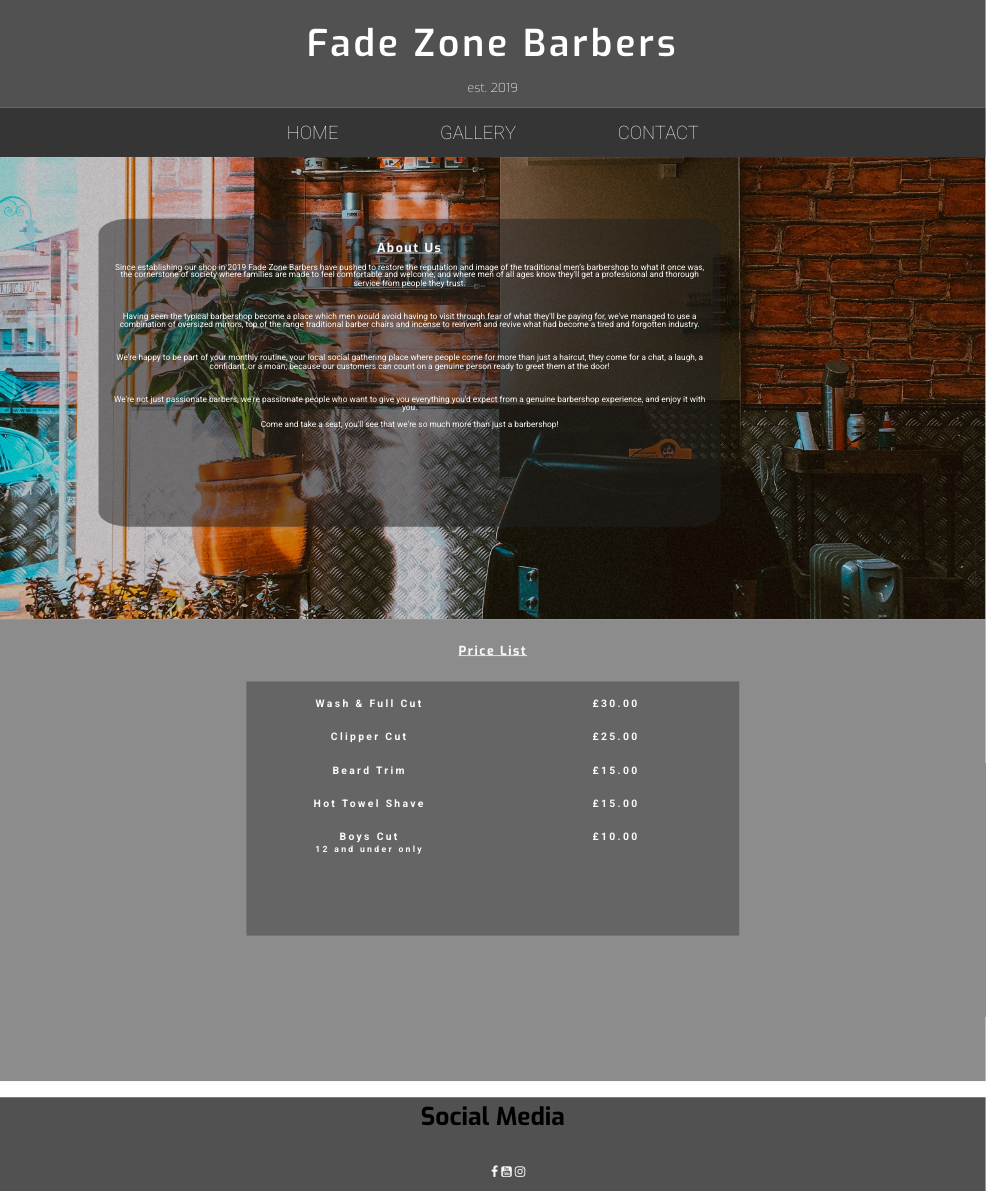
Repository: Boofy360/fade-zone-barbers
Page: index.html
The author's editor kept a record of every edit. The page is drawn from the files as they stood at one moment, then again after the next edit.
The browser window is 1280 px wide. The pictures show the whole page, at 77% of full size.

Above is the page before.

### index.html
<!DOCTYPE html>
<html lang="en">

<head>
    <meta charset="UTF-8">
    <meta name="viewport" content="width=device-width, initial-scale=1.0">
    <meta http-equiv="X-UA-Compatible" content="ie=edge">
    <link rel="stylesheet" href="assets/css/style.css" type="text/css" />
    <link rel="stylesheet" href="https://maxcdn.bootstrapcdn.com/font-awesome/4.7.0/css/font-awesome.min.css" type="text/css" />
    <link rel="stylesheet" href="https://cdnjs.cloudflare.com/ajax/libs/hover.css/2.3.1/css/hover-min.css" type="text/css" />
    <title>Document</title>
</head>

<body>
    <header>
        <div id="heading">
            <h1>Fade Zone Barbers</h1>
            <h2>est. 2019</h2>
            <!----------Figure out how to center---------->
        </div>
    </header>
    <nav>
        <ul id="navbar">
            <li>
                <a href="#">Home</a>
            </li>
            <li>
                <a href="#">Gallery</a>
            </li>
            <li>
                <a href="#">Contact</a>
            </li>
        </ul>
    </nav>
    <section>
        <div id="hero-outer">
            <div id="hero-image">
                <div id="cover-text">
                    <h2>About Us</h2>
                    <p>Since establishing our shop in 2019 Fade Zone Barbers have pushed to restore the reputation and image of the traditional men’s barbershop to what it once was, the cornerstone of society where families are made to feel comfortable and
                        welcome, and where men of all ages know they'll get a professional and thorough service from people they trust.</p><br>
                    <p>Having seen the typical barbershop become a place which men would avoid having to visit through fear of what they'll be paying for, we've managed to use a combination of oversized mirrors, top of the range traditional barber chairs
                        and incense to reinvent and revive what had become a tired and forgotten industry.</p><br>
                    <p>We're happy to be part of your monthly routine, your local social gathering place where people come for more than just a haircut, they come for a chat, a laugh, a confidant, or a moan, because our customers can count on a genuine person
                        ready to greet them at the door!</p><br>
                    <p>We're not just passionate barbers, we're passionate people who want to give you everything you'd expect from a genuine barbershop experience, and enjoy it with you.</p>
                    <p>Come and take a seat, you'll see that we're so much more than just a barbershop!
                    </p>
                </div>
            </div>
        </div>
    </section>
    <section id="prices">
        <h2>Price List</h2>
        <div id="prices-list">
            <div id="left-content">
                <p>Wash & Full Cut</p>
                <p>Clipper Cut</p>
                <p>Beard Trim</p>
                <p>Hot Towel Shave</p>
                <p>Boys Cut<br><small>12 and under only</small></p>
            </div>
            <div id="right-content">
                <p>£30.00</p>
                <p>£25.00</p>
                <p>£15.00</p>
                <p>£15.00</p>
                <p>£10.00</p>
            </div>
        </div>
    </section>
    <footer>
        <h1>Social Media</h1>
        <ul id="social-networks">
            <li><a href="https://www.facebook.com" target="_blank"><i class="fa fa-facebook"></i></a></li>
            <li><a href="https://www.twitter.com" target="_blank"><i class="fa fa-youtube-square"></i></a></li>
            <li><a href="https://www.instagram.com" target="_blank"><i class="fa fa-instagram"></i></a></li>
        </ul>
    </footer>
</body>

</html>

### assets/css/style.css
@import url('https://fonts.googleapis.com/css?family=Roboto:100,200,300,400,500,600,700|Exo:100,200,300,400,500,600,700');

/*--------------------------------------------Special paddings/margins/text*/

body {
    margin: 0;
    padding: 0;
    border: 0;
}

a:link {
    text-decoration: none!important;
}

/*--------------------------------------------Header*/

header {
    background-color: rgba(8, 8, 8, 0.7);
    font-family: "Exo", sans-serif;
    line-height: 50px;
    text-align: center;
}

#heading h1 {
    font-size: 300%;
    letter-spacing: 4px;
    color: #fff;
    font-weight: 600;
    margin: 0;
    padding: 32px 0 8px;
}

#heading h2 {
    font-size: 100%;
    color: #fafafa;
    font-weight: 200;
    margin: 0;
}

/*--------------------------------------------Navbar*/

#navbar {
    background-color: rgba(32, 32, 32, 0.9);
    list-style-type: none;
    margin: 0;
    padding: 0;
    float: none;
    text-align: center
}

#navbar li {
    display: inline-block;
}

#navbar li a {
    font-family: "Roboto", sans-serif;
    color: #fafafa;
    font-size: 150%;
    font-weight: 100;
    text-transform: uppercase;
    padding: 0 64px;
    text-decoration: none;
    display: inline;
    line-height: 64px;
    transition: all 0.35s ease-in-out;
    -moz-transition: all 0.35s ease-in-out;
    -webkit-transition: all 0.35s ease-in-out;
    -o-transition: all 0.35s ease-in-out;
}

#navbar li a:hover {
    color: #ffdf00;
}

/*--#navbar li a:active {
    border-bottom: 5px double #ffdf00;
}*/

/*--------------------------------------------About Us*/

#hero-image {
    background-image: linear-gradient(rgba(0, 0, 0, 0.2), rgba(0, 0, 0, 0.2)), url("../images/salon-chair-background.jpg");
    height: 600px;
    background-position: center;
    background-repeat: no-repeat;
    background-size: cover;
    position: relative;
}


#hero-outer {
    height: 600px;
    width: 100%;
    overflow: hidden;
}

#cover-text h2 {
    letter-spacing: 2px;
    font-family: "Exo", sans-serif;
    text-decoration: underline;


}

#cover-text {
    background-color: rgba(32, 32, 32, 0.5);
    font-family: "Roboto", sans-serif;
    font-size: 1.5vh;
    text-align: center;
    color: #fafafa;
    line-height: 100%;
    width: 60%;
    height: 60%;
    border-radius: 5%;
    padding: 20px 20px;
    bottom: 20%;
    left: 10%;
    position: absolute;
    margin: 0 auto;
}

/*--------------------------------------------Prices*/

#prices {
    background-color: rgba(128, 128, 128, 0.9);
    font-family: "Roboto", sans-serif;
    font-size: 1.5vh;
    text-align: center;
    color: #fafafa;
    width: 100%;
    height: 600px;
    position: relative;
}

#prices h2 {
    text-align: center;
    letter-spacing: 2px;
    font-family: "Exo", sans-serif;
    text-decoration: underline;
    padding: 30px 0;
    margin: 0;
}


#prices-list {
    background-color: rgba(64, 64, 64, 0.5);
    position: absolute;
    width: 50%;
    height: 55%;
    left: 25%;
    line-height: 150%;
    display: inline-block;
}

#left-content {
    float:left;
    width: 50%;
}

#right-content {
    float:right;
    width: 50%;
}

#left-content p,
#right-content p {
    font-size: 1.25em;
    letter-spacing: 3px;
    font-weight: 700;
    padding: 0.5em;

}

/*--------------------------------------------Footer*/

footer {
    background-color: rgba(8, 8, 8, 0.7);
    line-height: 50px;
    text-align: center;
}

footer h1 {
    font-family: "Exo", sans-serif;
}

#social-networks {
    margin: 0;
}

#social-networks li {
    display: inline;
}

#social-networks li a {
    color: #fafafa;
}

After the next edit:
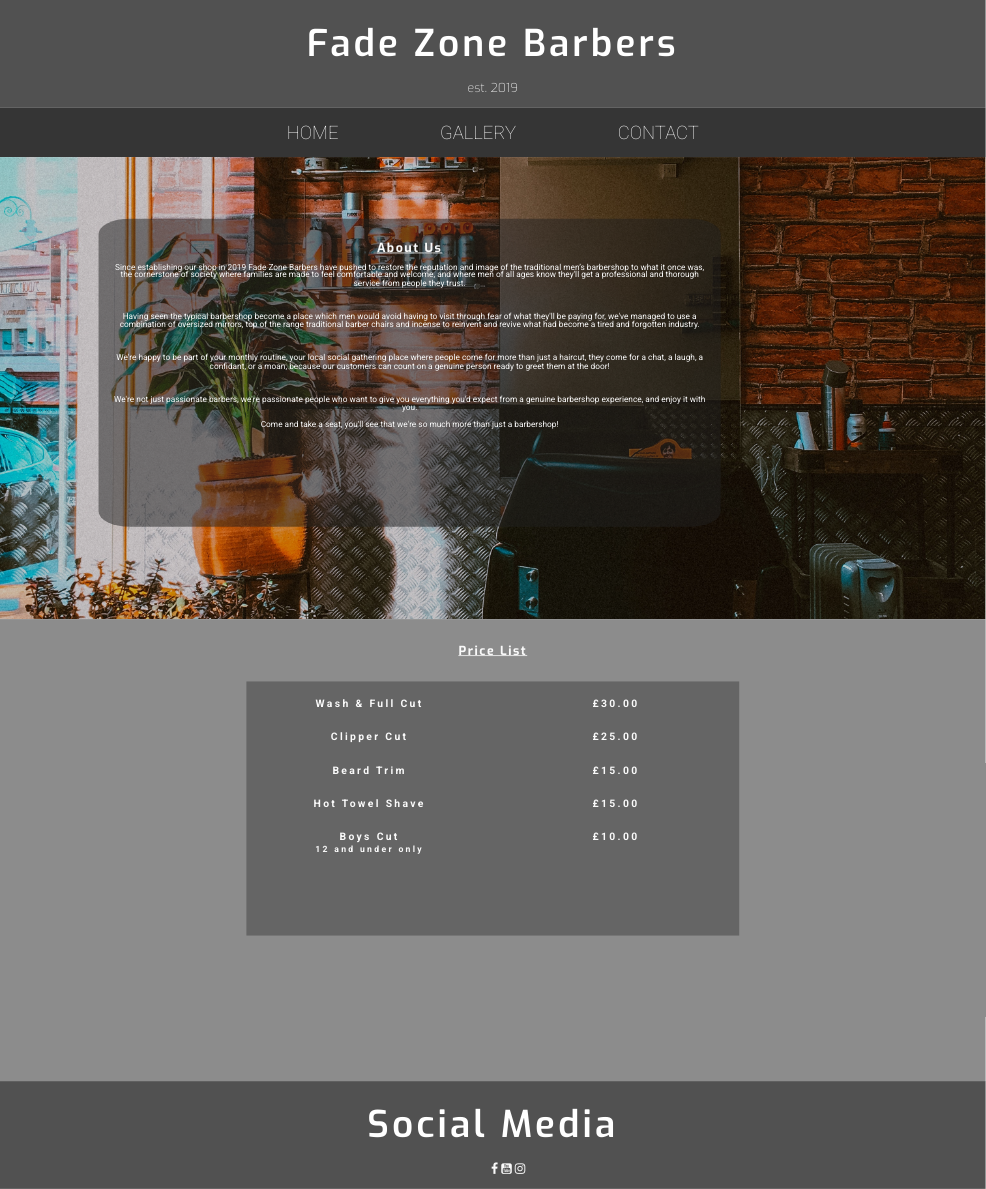
The edit:
--- a/assets/css/style.css
+++ b/assets/css/style.css
@@ -181,6 +181,12 @@
 
 footer h1 {
     font-family: "Exo", sans-serif;
+    font-size: 300%;
+    letter-spacing: 4px;
+    color: #fff;
+    font-weight: 600;
+    margin: 0;
+    padding: 32px 0 8px;
 }
 
 #social-networks {
